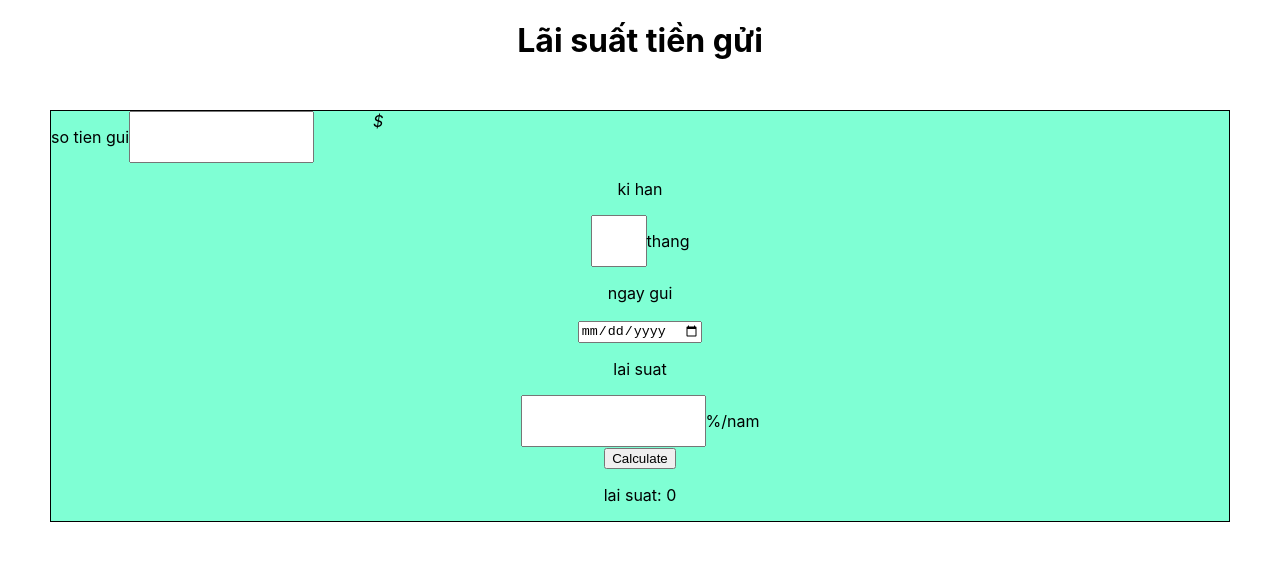
Repository: Trinvm1997/ReactExercise
Page: / (app in interest_rate/)
These files come from the project's save history. The page is drawn as it stood at one moment and after the next save; the edit follows.
The browser window is 1280 px wide. The pictures show the whole page.
The project was rebuilt for these pictures with package versions that can differ from the ones it lists, and the page was loaded fresh each time.

Above is the page before, as saved 2020-12-24 10:11:28.

### interest_rate/src/App.js
import './App.css';
import React, { Component } from 'react';

class App extends Component {
  constructor(props) {
    super(props);
    this.state = {
      money:0,
      time:0,
      interestRate:0,
      interest:0
    };
    this.handleChange = this.handleChange.bind(this);
    this.handleSubmit = this.handleSubmit.bind(this);
  }

  handleChange(event) {
    const value = event.target.value;
    const name = event.target.name;
    this.setState({
      [name]: value
    });
  }

  handleSubmit(event){
    event.preventDefault();
    this.setState({
      interest: this.state.money*(this.state.time/12)*this.state.interestRate
    })
  }

  render() {
    return (
      <div className="App">
        <h1>Lãi suất tiền gửi</h1>
        <form>
          <div>
          <p>so tien gui</p><input onChange={this.handleChange} name="money" type="number" min="1" step="1"></input><i>$</i>
          </div>
          <p>ki han</p>
          <div style={{display: "inline-flex"}}>
            <input onChange={this.handleChange} name="time" type="number" min="1" max="36" step="1"></input><p>thang</p>
          </div>
          <p>ngay gui</p>
          <input type="date"></input>
          <p>lai suat</p>
          <div style={{display: "inline-flex"}}>
            <input onChange={this.handleChange} name="interestRate" type="number" step="0.01"></input><p>%/nam</p>
          </div>
          <br />
          <button onClick={this.handleSubmit}>Calculate</button>
          <p>lai suat: {this.state.interest}</p>
        </form>
      </div>
    );
  }
}

export default App;

### interest_rate/src/App.css
.App {
  text-align: center;
}

.App-logo {
  height: 40vmin;
  pointer-events: none;
}

@media (prefers-reduced-motion: no-preference) {
  .App-logo {
    animation: App-logo-spin infinite 20s linear;
  }
}

.App-header {
  background-color: #282c34;
  min-height: 100vh;
  display: flex;
  flex-direction: column;
  align-items: center;
  justify-content: center;
  font-size: calc(10px + 2vmin);
  color: white;
}

.App-link {
  color: #61dafb;
}

i {
  margin-left: 5%;
}

@keyframes App-logo-spin {
  from {
    transform: rotate(0deg);
  }
  to {
    transform: rotate(360deg);
  }
}

form {
  margin: 50px;
  border: 1px solid black;
  background-color: aquamarine;
}

form div {
  display: flex;
}

Loaded but not shown: interest_rate/public/index.html (common file); interest_rate/src/index.js (common file); interest_rate/src/index.css (common file); interest_rate/src/reportWebVitals.js (common file)

After the next save:
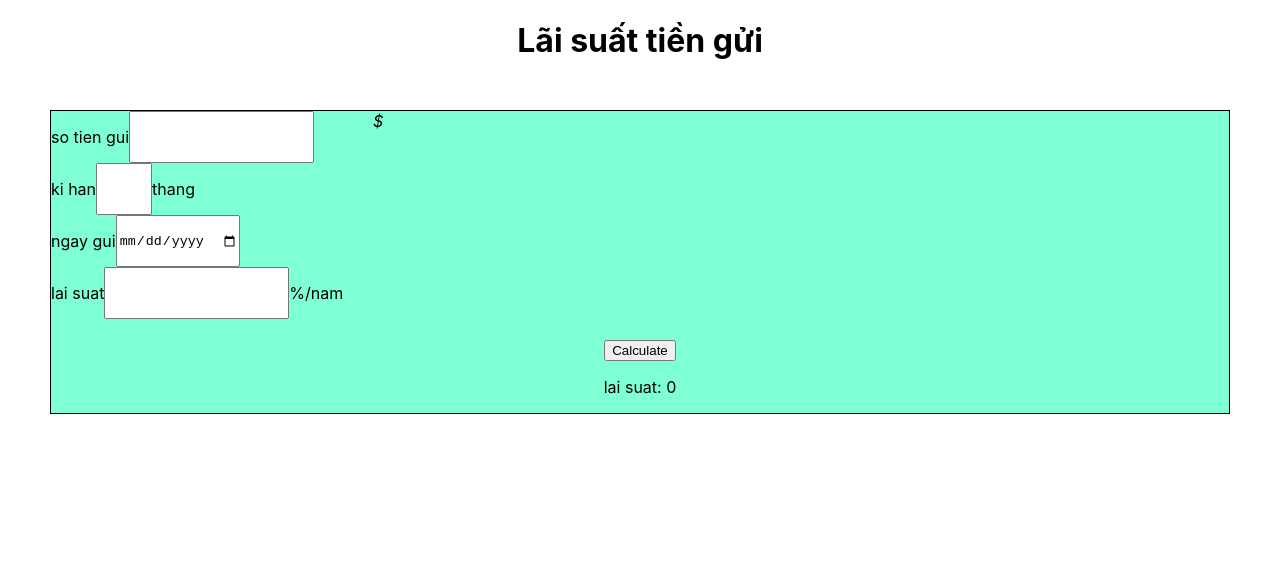
Saved 2 min 23 s later.
--- a/interest_rate/src/App.js
+++ b/interest_rate/src/App.js
@@ -37,15 +37,16 @@ class App extends Component {
           <div>
           <p>so tien gui</p><input onChange={this.handleChange} name="money" type="number" min="1" step="1"></input><i>$</i>
           </div>
-          <p>ki han</p>
-          <div style={{display: "inline-flex"}}>
-            <input onChange={this.handleChange} name="time" type="number" min="1" max="36" step="1"></input><p>thang</p>
+          <div>
+          <p>ki han</p><input onChange={this.handleChange} name="time" type="number" min="1" max="36" step="1"></input><p>thang</p>
           </div>
+          <div>
           <p>ngay gui</p>
           <input type="date"></input>
-          <p>lai suat</p>
-          <div style={{display: "inline-flex"}}>
-            <input onChange={this.handleChange} name="interestRate" type="number" step="0.01"></input><p>%/nam</p>
+          </div>
+
+          <div>
+          <p>lai suat</p><input onChange={this.handleChange} name="interestRate" type="number" step="0.01"></input><p>%/nam</p>
           </div>
           <br />
           <button onClick={this.handleSubmit}>Calculate</button>
